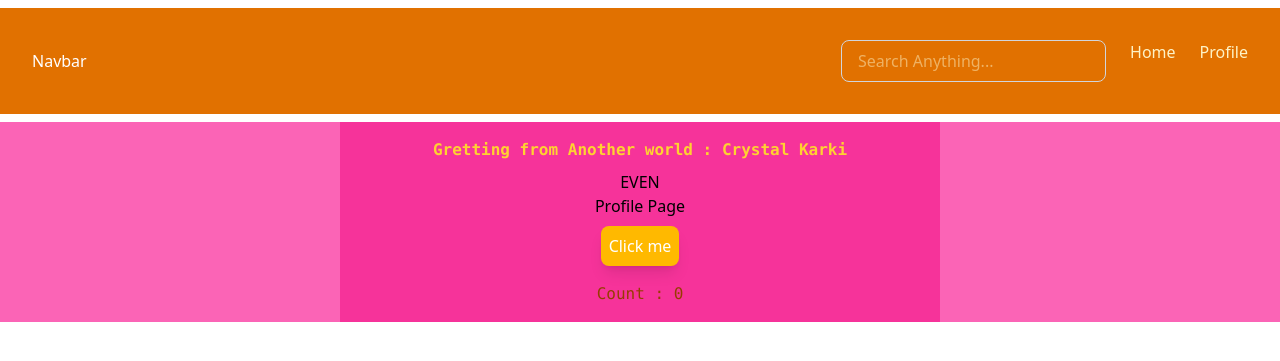
Repository: samit2059/CollegeReact
Page: / (app in react/collegereact/)
An editor plug-in stored every save of this project. The page is shown before and after a run of saves, followed by the edit.
The browser window is 1280 px wide. The pictures show the whole page.
The project was rebuilt for these pictures with package versions that can differ from the ones it lists, and the page was loaded fresh each time. Also part of the build but not shown: react/collegereact/vite.config.js, react/collegereact/src/App.jsx, react/collegereact/src/navbar.jsx, react/collegereact/src/Props Example/First.jsx, react/collegereact/src/Props Example/Second.jsx.

Above is the page before, as saved 2026-01-24 21:50:40.

After the next 2 saves:
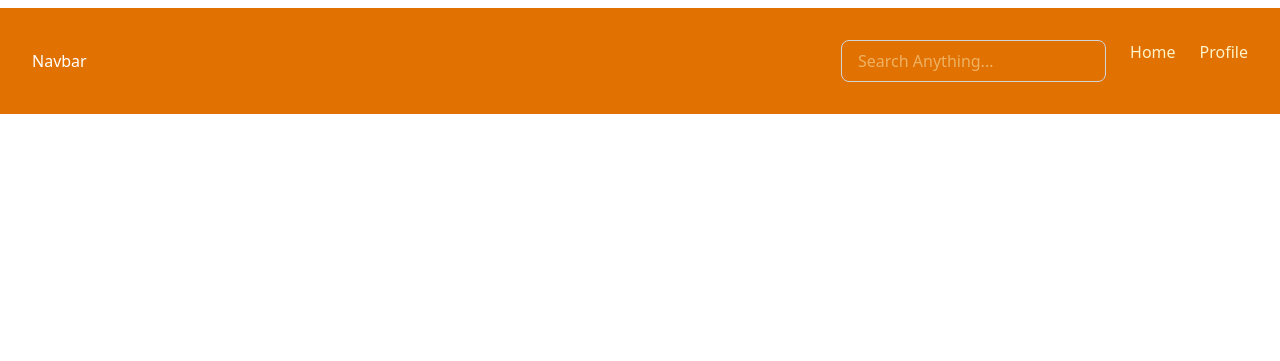
The 2 saves are shown as one change because they came seconds apart.
The last was saved 12 s later.
--- a/react/collegereact/src/main.jsx
+++ b/react/collegereact/src/main.jsx
@@ -26,9 +26,10 @@ createRoot(document.getElementById("root")).render(
   <StrictMode>
     {/* <Navbar /> */}
     <Nav1 />
+
     {/* <First address={"BKT"} age={33} fullName="motorcycle" /> */}
     {/* <First {...myObj} /> */}
-    <Profile gretting="Crystal Karki "/>
+    {/* <Profile gretting="Crystal Karki "/> */}
     {/* <App /> */}
     {/* <Second /> */}
     {/* <Home />   */}
